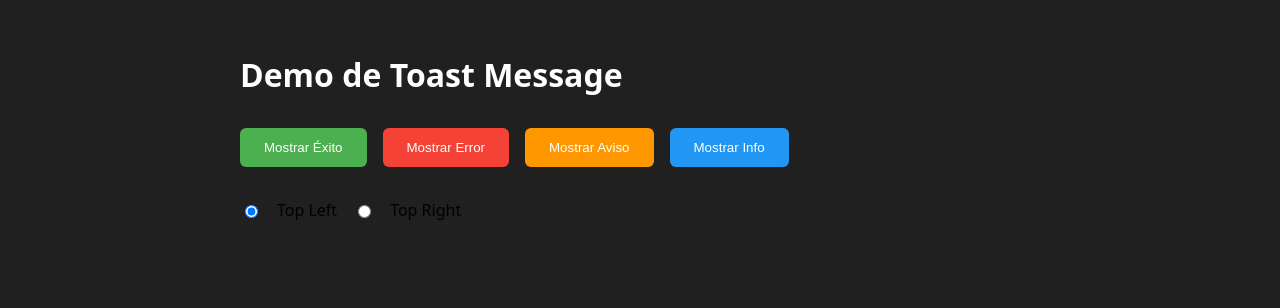
Repository: aitorcachero/aicadev-toast-message
Page: index.html
An editor plug-in stored every save of this project. The page is shown before and after the next save, followed by the edit.
The browser window is 1280 px wide. The pictures show the whole page.

Above is the page before, as saved 2025-05-22 17:02:51.

After the next save:
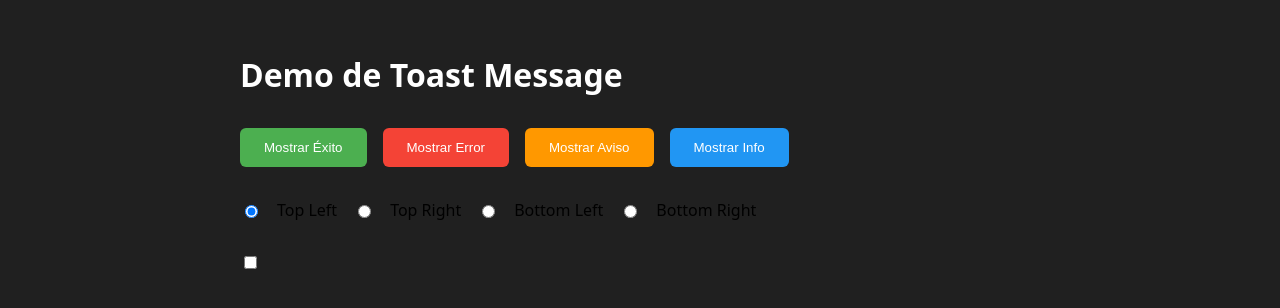
Saved 10 s later.
--- a/index.html
+++ b/index.html
@@ -86,6 +86,13 @@
     <label for="top-left">Top Left</label>
     <input type="radio" id="top-right" name="position" value="top-right">
     <label for="top-right">Top Right</label>
+    <input type="radio" id="bottom-left" name="position" value="bottom-left">
+    <label for="bottom-left">Bottom Left</label>
+    <input type="radio" id="bottom-right" name="position" value="bottom-right">
+    <label for="bottom-right">Bottom Right</label>
+  </div>
+  <div class="button-group">
+    <input type="checkbox" id="closeable" name="closeable">
   </div>
 
   <script type="module">
